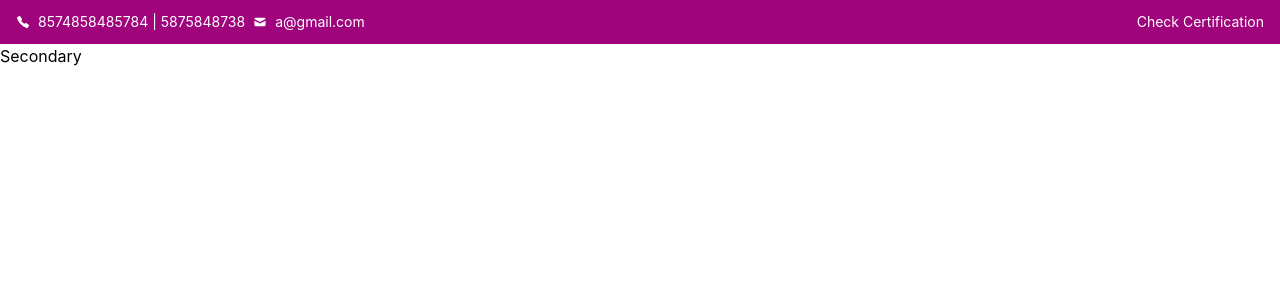
Repository: Sushant203/react-training-
Page: /
These files come from the project's save history. The page is drawn as it stood at one moment and after the next save; the edit follows.
The browser window is 1280 px wide. The pictures show the whole page.
The project was rebuilt for these pictures with package versions that can differ from the ones it lists, and the page was loaded fresh each time. Also part of the build but not shown: src/App.css, src/components/LowerNav.jsx, src/components/UpperNav.jsx.

Above is the page before, as saved 2022-12-19 09:33:25.

### src/App.js

import './App.css';
import LowerNav from './components/LowerNav';
import UpperNav from './components/UpperNav';
import Layout from './Hoc/Layout/Layout'

function App() {
  return (
    <div>
     <Layout />
    </div>
  );
}

export default App;

### src/Hoc/Layout/Layout.jsx
import React from "react";
import Toolbar from "../../components/Naviagtion/Toolbar/index";

function Layout() {
  return (
    <div>
      {/* toolbar */}
      <Toolbar />
    </div>
  );
}

export default Layout;

### src/components/Naviagtion/Toolbar/index.jsx
import React from "react";
import Header from "./header";
import Secondary from "./Secondary";

function Index() {
  return (
    <div className="h-10 bg-red-400 w-screen">
      <Header />
      <Secondary />
    </div>
  );
}

export default Index;

### src/components/Naviagtion/Toolbar/header.jsx
import React from "react";
import { IoCallSharp } from "react-icons/io5";
import { HiMail } from "react-icons/hi";
function Header() {
  return (
    <div className="py-3 px-4 bg-mainColor w-full flex items-center justify-between text-sm">
      {/* number and email */}
      <div className="flex gap-2  text-white">
        <div className="flex gap-2  items-center">
          <IoCallSharp />
          8574858485784 | 5875848738
        </div>
        <div className=" flex gap-2 items-center">
          <HiMail />
          a@gmail.com
        </div>
      </div>
      {/* navigation links */}
      <div className="text-white">
        <div className="capitalize ">check certification</div>
      </div>
    </div>
  );
}

export default Header;

### src/components/Naviagtion/Toolbar/Secondary.jsx
import React from "react";

function Secondary() {
  return <div>Secondary</div>;
}

export default Secondary;

### tailwind.config.js
/** @type {import('tailwindcss').Config} */
module.exports = {
  content: [
    "./src/**/*.{js,jsx,ts,tsx}",
  ],
  theme: {
    extend: {
      colors:{
        mainColor:'#A0047D'
      }
    },
  },
  plugins: [],
}

Loaded but not shown: public/index.html (common file); src/index.js (common file); src/index.css (common file); src/reportWebVitals.js (common file)

After the next save:
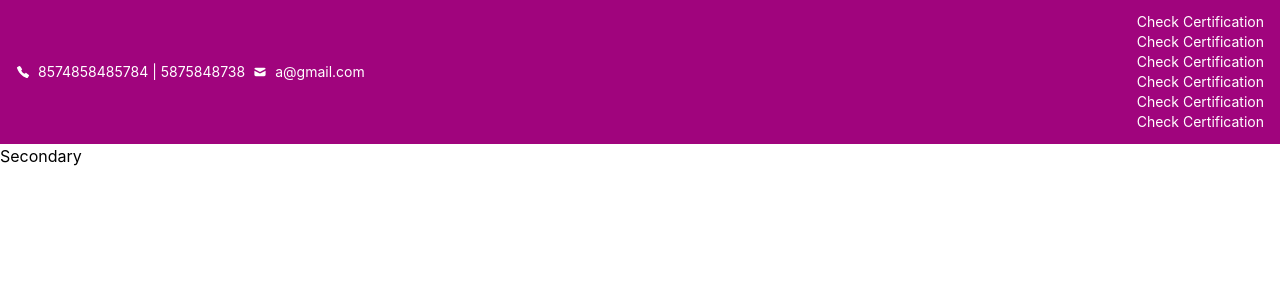
Saved 12 s later.
--- a/src/components/Naviagtion/Toolbar/header.jsx
+++ b/src/components/Naviagtion/Toolbar/header.jsx
@@ -18,6 +18,11 @@
       {/* navigation links */}
       <div className="text-white">
         <div className="capitalize ">check certification</div>
+        <div className="capitalize ">check certification</div>{" "}
+        <div className="capitalize ">check certification</div>{" "}
+        <div className="capitalize ">check certification</div>{" "}
+        <div className="capitalize ">check certification</div>{" "}
+        <div className="capitalize ">check certification</div>
       </div>
     </div>
   );

After the save that followed:
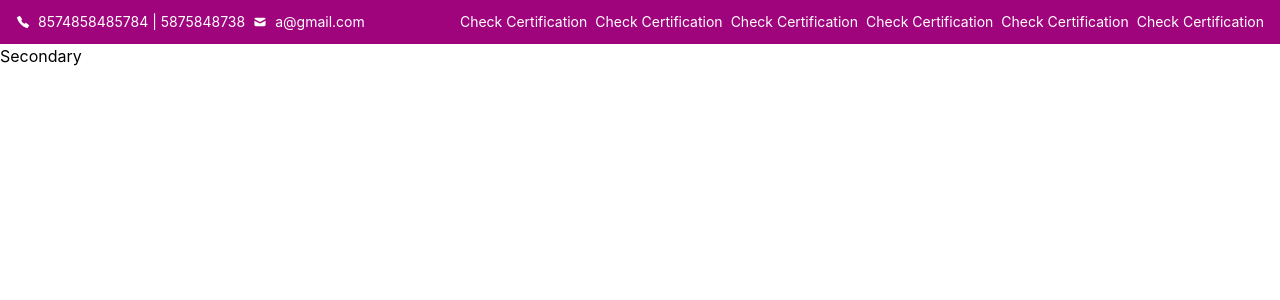
Saved 17 s later.
--- a/src/components/Naviagtion/Toolbar/header.jsx
+++ b/src/components/Naviagtion/Toolbar/header.jsx
@@ -16,7 +16,7 @@
         </div>
       </div>
       {/* navigation links */}
-      <div className="text-white">
+      <div className="text-white flex gap-2">
         <div className="capitalize ">check certification</div>
         <div className="capitalize ">check certification</div>{" "}
         <div className="capitalize ">check certification</div>{" "}
